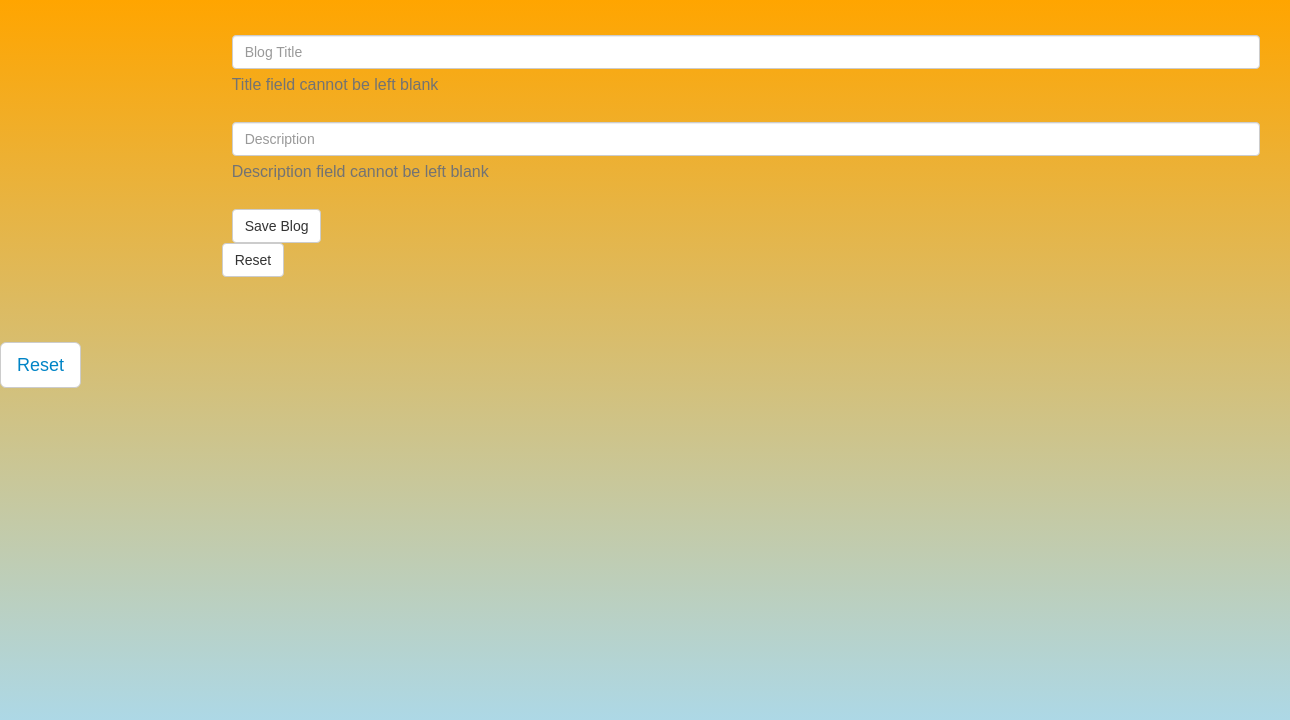
Repository: KaustubhKamat/CollaborationPlatform
Page: CollaborationFrontEnd/WebContent/c_blog/CreateBlog.html
These files come from the project's save history. The page is drawn as it stood at one moment and after the next save; the edit follows.
The browser window is 1280 px wide. The page is 1290 px wide, then 1280 px, so the pictures cover 1290 px, including what lies to the right of the window. The pictures show the whole page.
Some web libraries are served in a nearby version.

Above is the page before, as saved 2017-03-12 12:10:07.

After the next save:
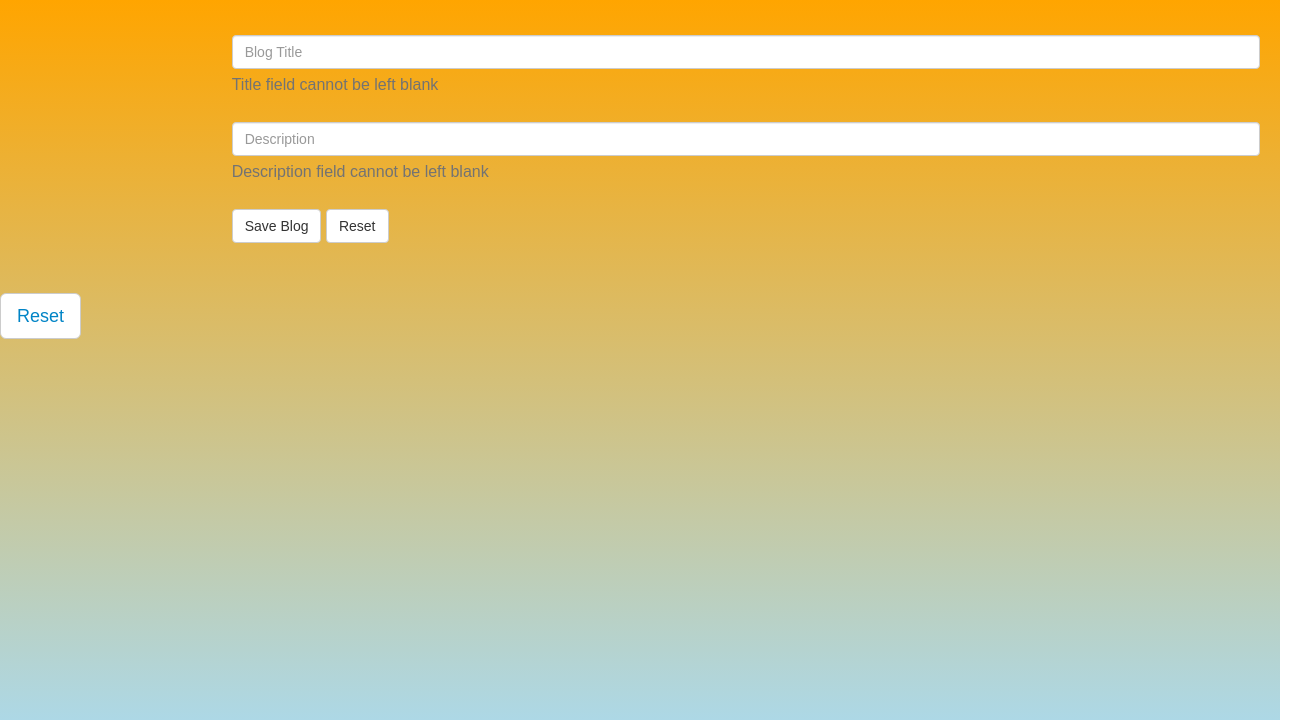
Saved 3 min 57 s later.
--- a/CollaborationFrontEnd/WebContent/c_blog/CreateBlog.html
+++ b/CollaborationFrontEnd/WebContent/c_blog/CreateBlog.html
@@ -74,10 +74,6 @@ h2 {
 		<div class="form-group">
 			<div class="col-sm-offset-2 col-sm-10">
 				<button type="submit" class="btn btn-default">Save Blog</button>
-		</div>
-
-<div class="form-group">
-			<div class="col-sm-offset-2 col-sm-10">
 				<button type="submit" class="btn btn-default" ng-click="ctrl.reset()">Reset</button>
 		</div>
 		</div>
